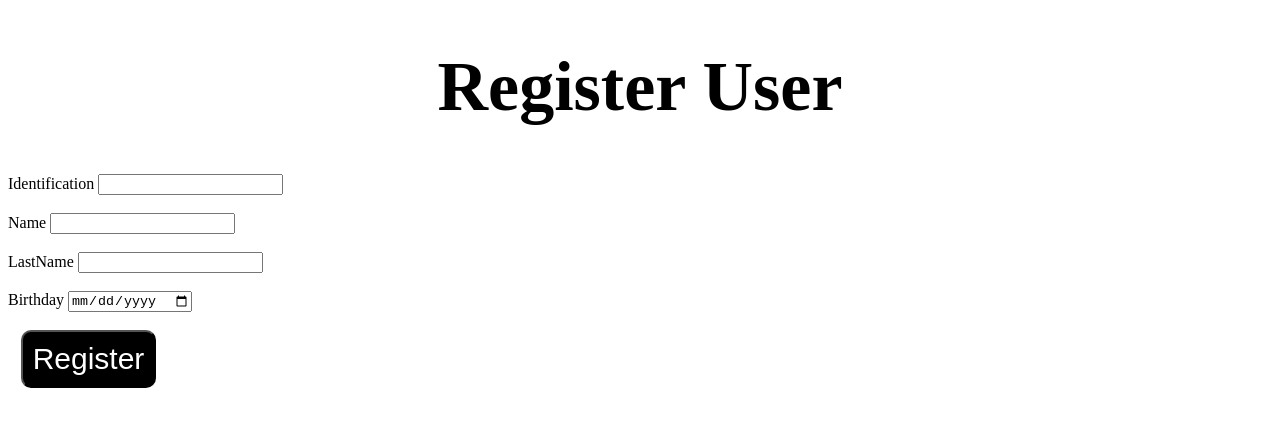
Repository: Grupo6-github/app-cym-repo
Page: TEMPLATE/register.html
The author's editor kept a record of every edit. The page is drawn from the files as they stood at one moment, then again after the next edit.
The browser window is 1280 px wide. The pictures show the whole page.

Above is the page before.

### TEMPLATE/register.html
<!DOCTYPE html>
<html>
    <head>
        <meta http-equiv="content-type" content="text/html; charset=utf-8" />
        <title>Web Page</title>
        <link rel="stylesheet" href="../STATIC/css/Styleregister.css" type="text/css" />
        <script src="../STATIC/js/Appregister.js" type="text/javascript" charset="utf-8"></script>
    </head>
    <body>
        <h1>Register User</h1>
        <form>
            <label >Identification</label> <input type="number"/><br> <br>
            <label >Name</label> <input type="text"/><br> <br>
            <label >LastName</label> <input type="text"/><br> <br>
            <label >Birthday</label> <input type="date"/><br> <br>
            <button onClick="registerUser()">Register</button>
            <form>
    </body>
</html>

### STATIC/css/Styleregister.css
button{
    font-size: 30px;
    background-color: black;
    color: white;
    border-radius: 10px;
    padding: 10px;
    margin-left: 1%;
    margin-right: 1%;
    }
h1{
    text-align: center;
    font-size: 70px;
}

### STATIC/js/Appregister.js
function registerUser(){
    alert("Boton registar usuario clikeado")
}
function consultUser(){
    alert("Boton de consulta clickeado")
}

After the next edit:
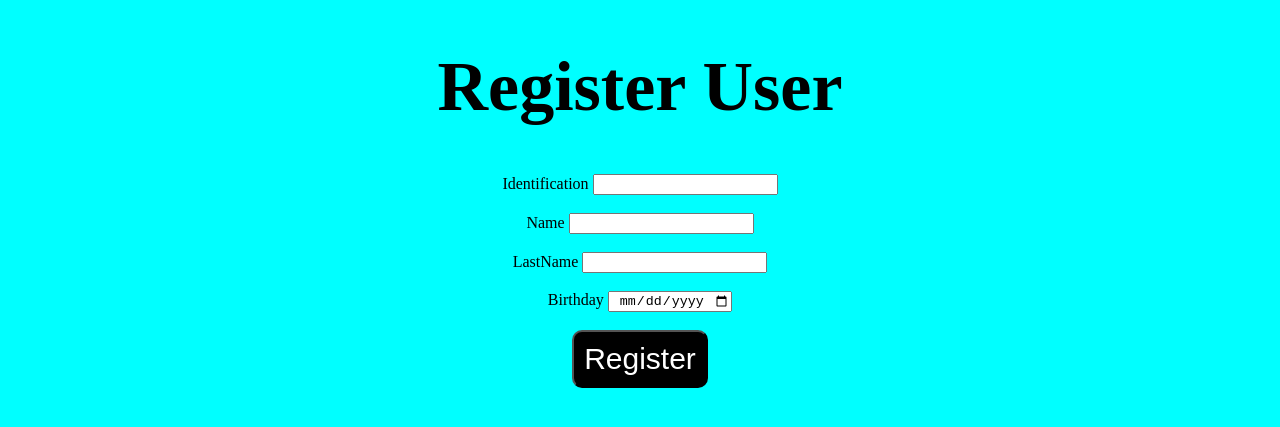
The edit:
--- a/STATIC/css/Styleregister.css
+++ b/STATIC/css/Styleregister.css
@@ -11,3 +11,9 @@ h1{
     text-align: center;
     font-size: 70px;
 }
+body{
+    background-color: aqua;
+}
+form{
+    text-align-last: center
+}
